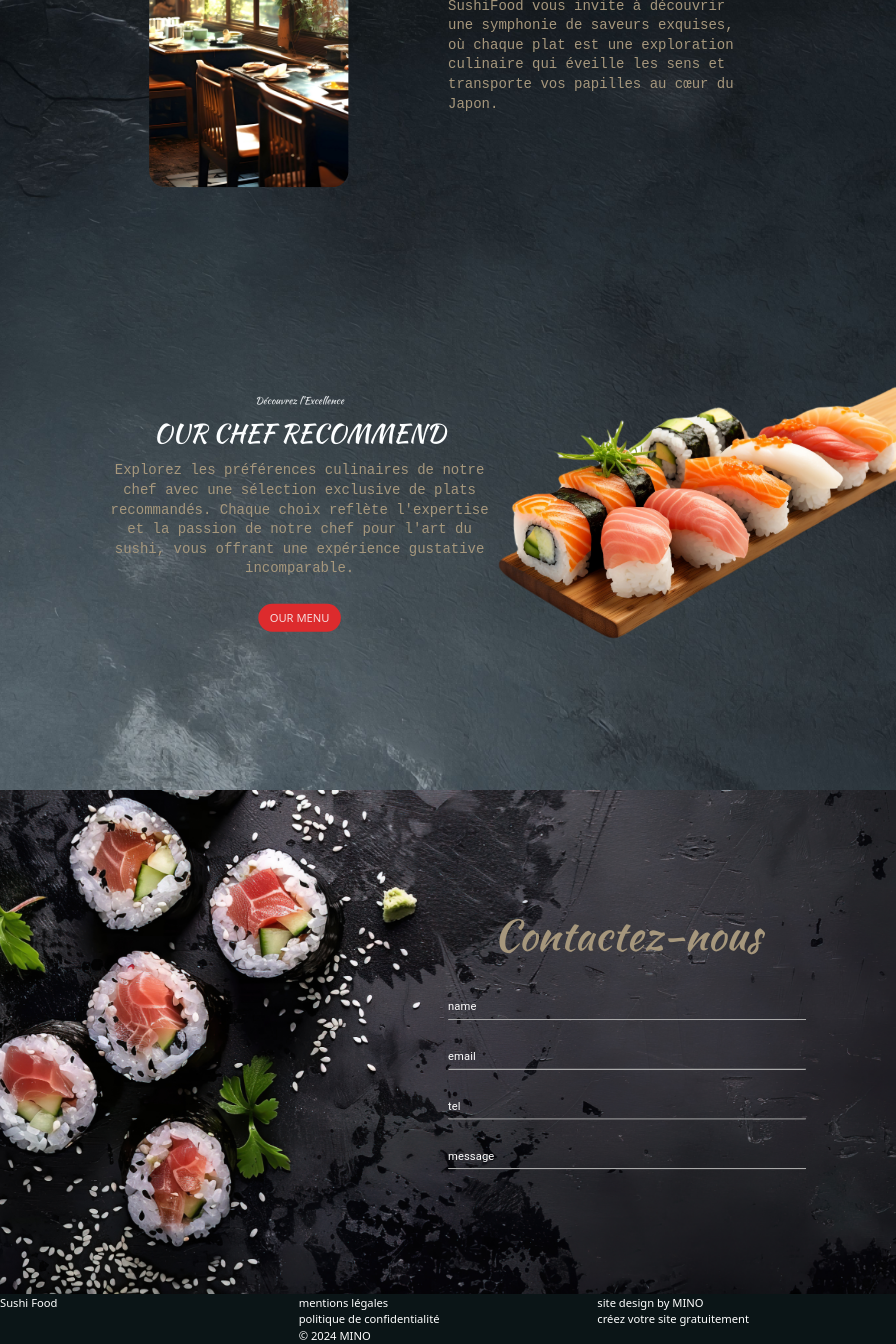
Repository: Adrien-legeleu/sushi-food
Page: /
An editor plug-in stored every save of this project. The page is shown before and after the next save, followed by the edit.
The browser window is 1280 px wide. The pictures show the part of the page from y = 1112 to 3032 px (the page is 3032 px tall), at 70% of full size.
Backgrounds fixed to the window are drawn as part of the page. Some web fonts or font styles are not loaded; a fallback is used. The project was rebuilt for these pictures with package versions that can differ from the ones it lists, and the page was loaded fresh each time. Also part of the build but not shown: vite.config.ts.

Above is the page before, as saved 2024-04-30 12:43:15.

After the next save:
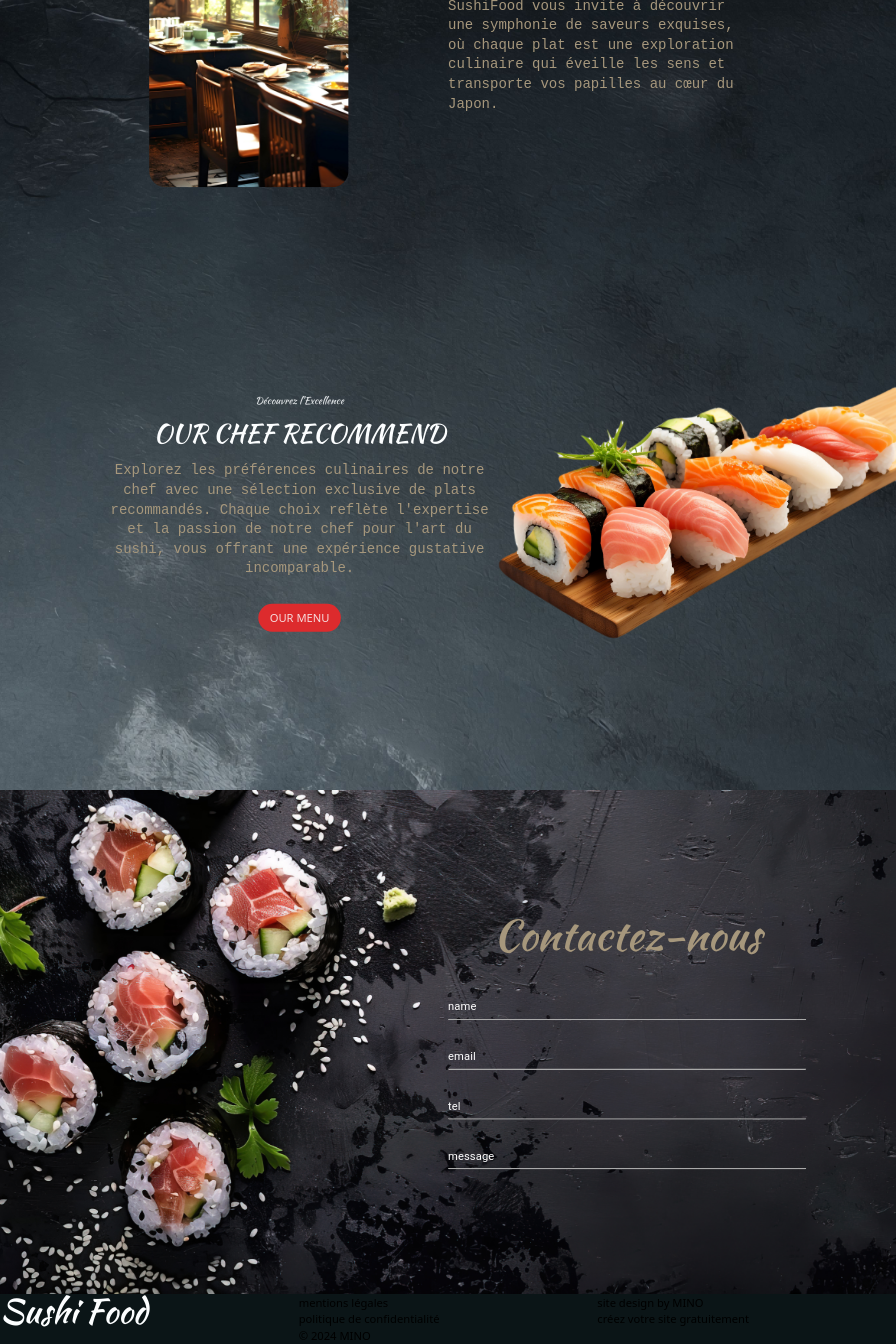
Saved 16 s later.
--- a/src/Components/Footer.tsx
+++ b/src/Components/Footer.tsx
@@ -1,7 +1,7 @@
 export const Footer =()=>{
     return(
-        <div className="h-full w-full grid grid-cols-3 text-white itmes-center">
-            <h2>
+        <div className="h-full w-full grid grid-cols-3  itmes-center">
+            <h2 className="font-title text-whiteTitle text-5xl">
                 Sushi Food
             </h2>
             <ul>
